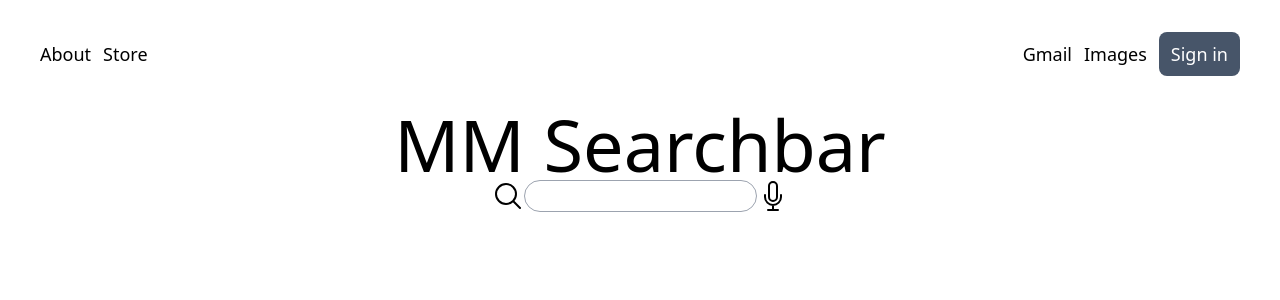
Repository: michalmilek/minigoogle
Page: /
An editor plug-in stored every save of this project. The page is shown before and after a run of saves, followed by the edit.
The browser window is 1280 px wide. The pictures show the whole page.
The page's requests for data from a server got no answer. The project was rebuilt for these pictures with package versions that can differ from the ones it lists, and the page was loaded fresh each time. The framework's server and built-in components were replaced by stand-ins that run in the browser. No one was signed in, and anything a server would have sent is missing. Also part of the build but not shown: next.config.js.

Above is the page before, as saved 2023-02-13 13:23:04.

### pages/_app.tsx
import '@/styles/globals.css'
import type { AppProps } from 'next/app'
import { SessionProvider } from "next-auth/react";

export default function App({ Component, pageProps }: AppProps) {
  return (
    <SessionProvider
      // Provider options are not required but can be useful in situations where
      // you have a short session maxAge time. Shown here with default values.
      session={pageProps.session}>
      <Component {...pageProps} />
    </SessionProvider>
  );
}

### pages/index.tsx
import Header from "@/components/Header";
import Head from "next/head";
import Image from "next/image";
import {
  MagnifyingGlassIcon,
  MicrophoneIcon,
} from "@heroicons/react/24/outline";

export default function Home() {
  return (
    <div>
      <Head>
        <title>Create Next App</title>
        <meta
          name="description"
          content="Generated by create next app"
        />
        <meta
          name="viewport"
          content="width=device-width, initial-scale=1"
        />
        <link
          rel="icon"
          href="/favicon.ico"
        />
      </Head>
      <Header />

      <form className="flex flex-col items-center justify-center">
        <h1 className="text-7xl">MM Searchbar</h1>
        <div className="flex relative">
          <MagnifyingGlassIcon className="h-8" />
          <input
            type="text"
            className="border border-gray-400 rounded-full"
          />
          <MicrophoneIcon className="h-8" />
        </div>
      </form>
    </div>
  );
}

### components/Header.tsx
import Link from "next/link";
import React from "react";
import User from "./User";

const Header = () => {
  return (
    <header className="min-w-[100vw] flex justify-between items-center px-10 py-8 text-lg">
      <ul className="flex gap-3">
        <Link href={"/"}>
          <li>About</li>
        </Link>
        <Link href={"/"}>
          <li>Store</li>
        </Link>
      </ul>

      <ul className="flex items-center gap-3">
        <Link href={"/"}>
          <li>Gmail</li>
        </Link>
        <Link href={"/"}>
          <li>Images</li>
        </Link>
        <li>
          <User />
        </li>
      </ul>
    </header>
  );
};

export default Header;

### components/User.tsx
import React from "react";
import { useSession, signIn, signOut } from "next-auth/react";

const User = () => {
  const { data: session } = useSession();
  console.log(session);
  return (
    <>
      {session ? (
        <img
          onClick={() => signOut()}
          src={session.user?.image!}
          alt={session.user?.name!}
          className="h-[50px] w-[50px] object-cover rounded-full"
        />
      ) : (
        <button
          className="bg-slate-600 text-white px-3 py-2 rounded-lg"
          onClick={() => signIn()}>
          Sign in
        </button>
      )}
    </>
  );
};

export default User;

Loaded but not shown: pages/_document.tsx (common file); styles/globals.css (common file); tailwind.config.js (common file)

After the next 2 saves:
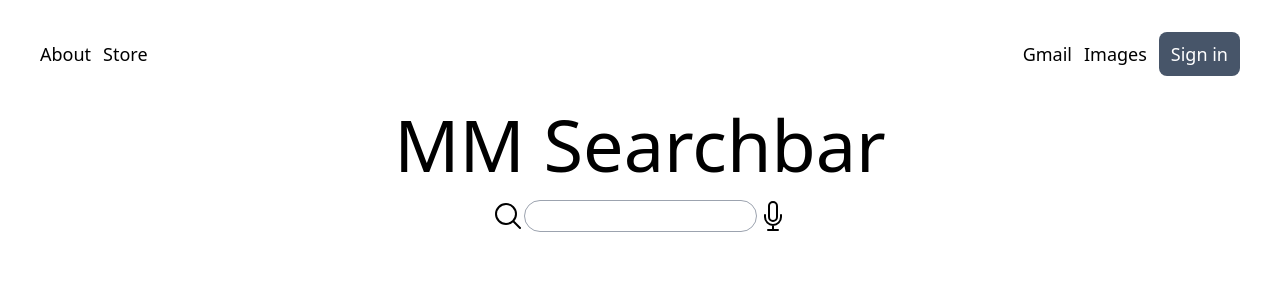
The 2 saves are shown as one change because they came seconds apart.
The last was saved 11 s later.
--- a/pages/index.tsx
+++ b/pages/index.tsx
@@ -26,7 +26,7 @@
       </Head>
       <Header />
 
-      <form className="flex flex-col items-center justify-center">
+      <form className="flex flex-col items-center justify-center gap-5">
         <h1 className="text-7xl">MM Searchbar</h1>
         <div className="flex relative">
           <MagnifyingGlassIcon className="h-8" />
